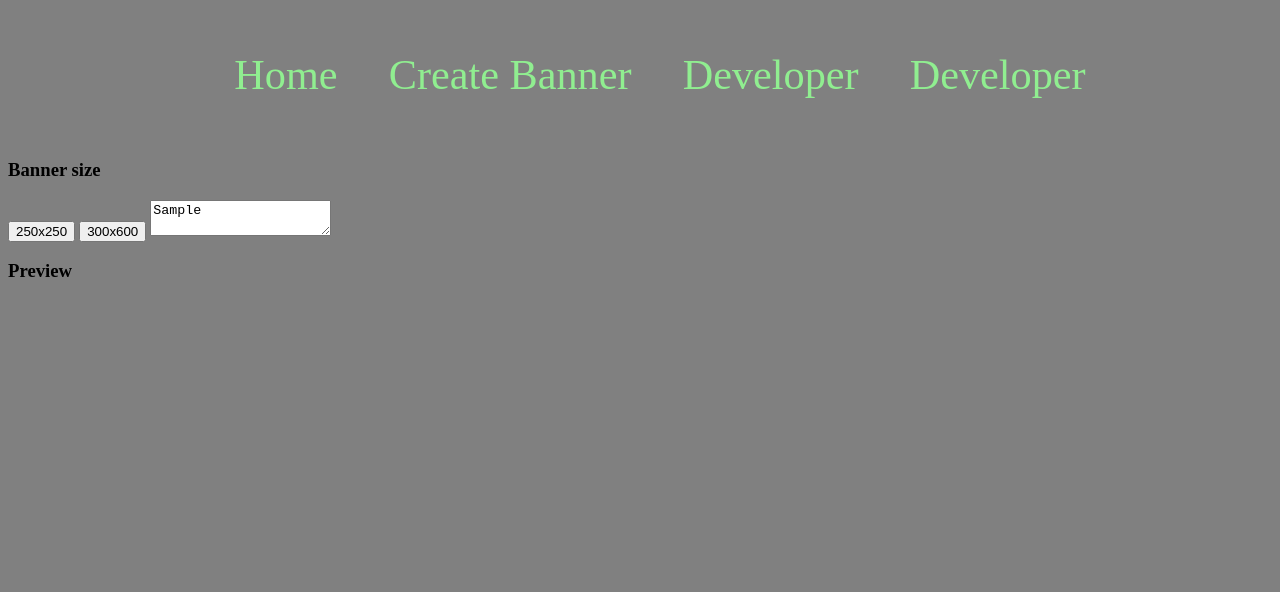
Repository: Yuravolontir/--Baner-Editor--
Page: banner.html
The author's editor kept a copy of each file at every save. The page is drawn from the files as they stood at one save, then again after the next save.
The browser window is 1280 px wide. The pictures show the whole page.
Empty fields were first filled with sample values (such as "Sample", 5 or name@example.com).
After loading, the first visible `#\32 50X250` was clicked once.

Above is the page before, as saved 2025-07-15 18:13:46.
Console error: TypeError: Cannot read properties of null (reading 'checked')

After the next save:
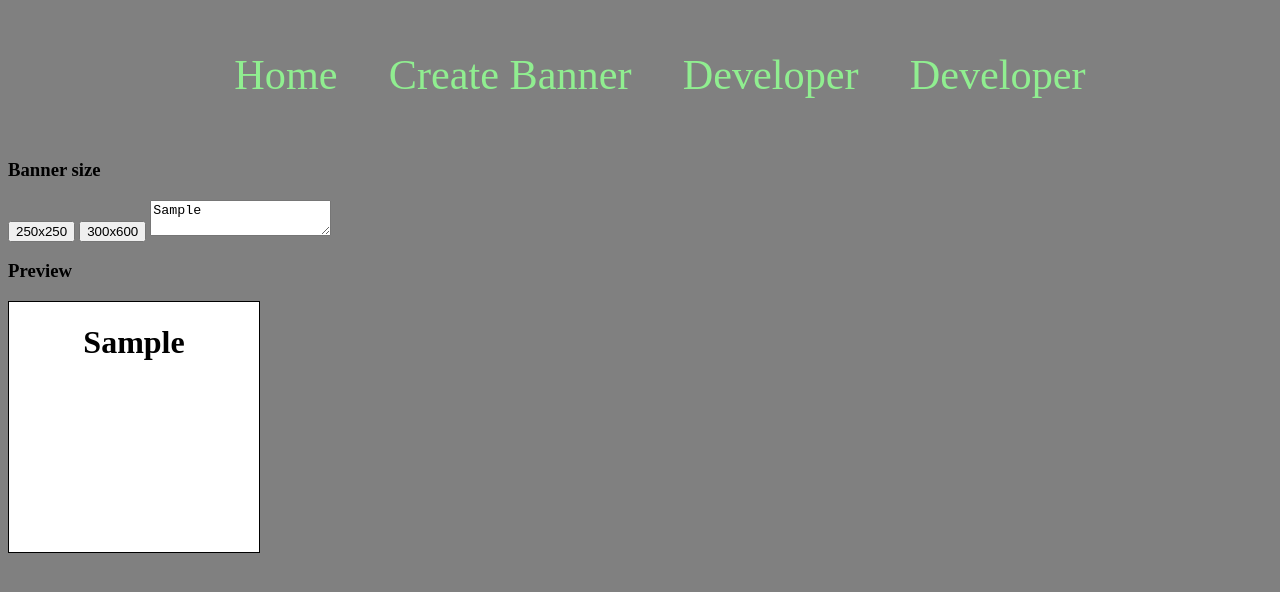
The error is gone.
Saved 86 s later.
--- a/scripts/banner.js
+++ b/scripts/banner.js
@@ -9,19 +9,20 @@ export function createBanner(event) {
     blank.innerHTML = "";
     const div = document.createElement("div");
     div.id = "generatedBanner"; // So we can update it later
-    if (document.getElementById("3000X600").checked)
+
+    if (document.getElementById("3000X600"))
     {
     div.style.width = "300px";
     div.style.height = "600px";
     }
-    if (document.getElementById("250X250").checked)
+    if (document.getElementById("250X250"))
     {
      div.style.width = "250px";
      div.style.height = "250px";
     }
+
     div.style.border = "1px solid black";
     div.style.background = "white";
-
 
     const h1 = document.createElement("h1");
     h1.id = "bannerText"; // So we can update it
